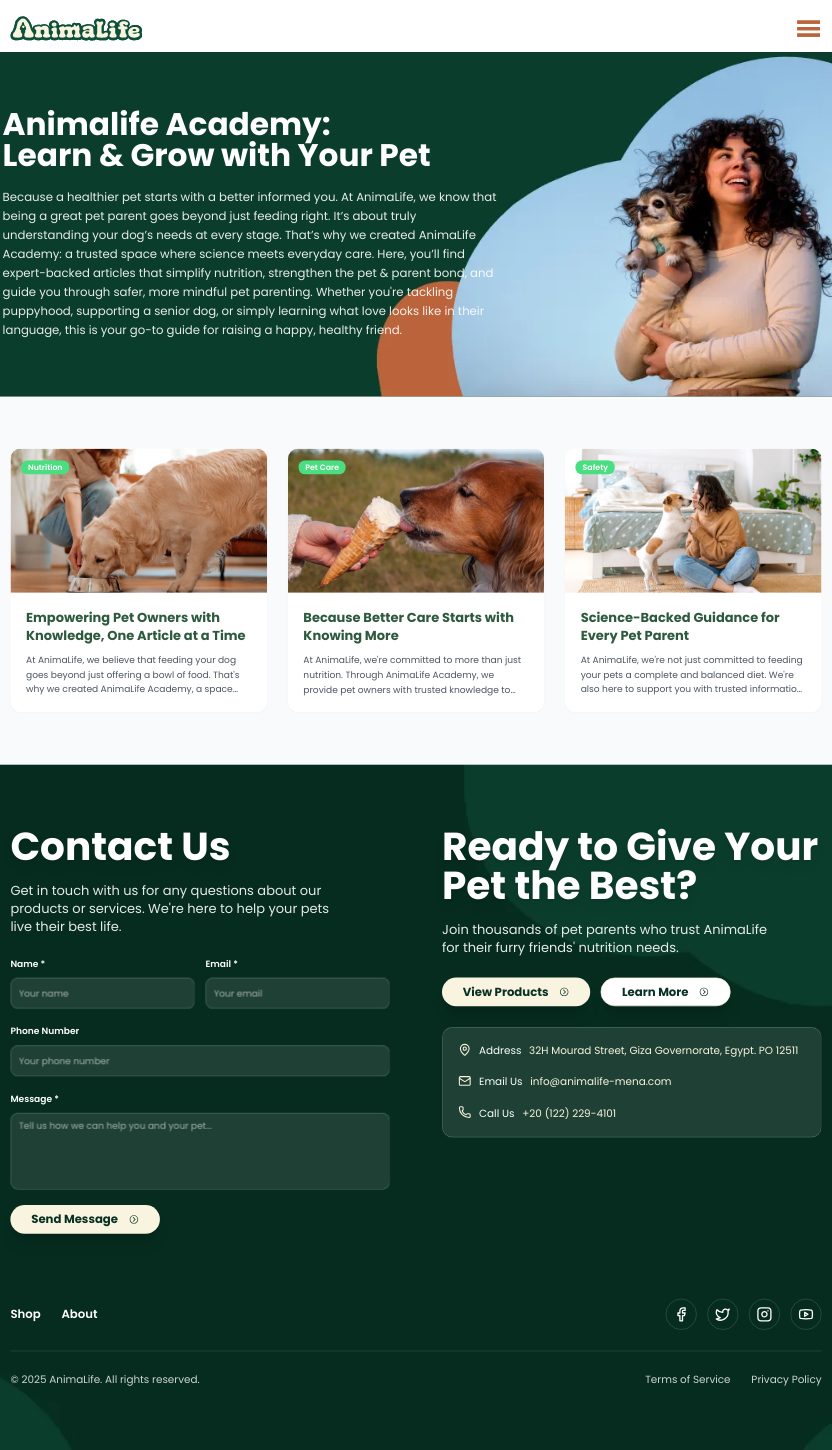
Repository: the-jupiteragency/animalife
Page: /academy
The author's editor kept a copy of each file at every save. The page is drawn from the files as they stood at one save, then again after the next save.
The browser window is 1280 px wide. The pictures show the whole page, at 65% of full size.
The project was rebuilt for these pictures with package versions that can differ from the ones it lists, and the page was loaded fresh each time. The framework's server and built-in components were replaced by stand-ins that run in the browser. Also part of the build but not shown: next.config.mjs.

Above is the page before, as saved 2025-08-05 09:36:05.

### app/layout.tsx
import type { Metadata, Viewport } from "next";
import "./globals.css";
import { Header } from "@/components/header";
import { Footer } from "@/components/footer";
import Script from "next/script";

export const metadata: Metadata = {
  metadataBase: new URL('https://animalife.vercel.app'),
  title: {
    default: "AnimaLife | Science-Driven Pet Nutrition & Wellness",
    template: "%s | AnimaLife"
  },
  description:
    "AnimaLife offers science-driven, complete, and balanced nutrition for pets. Discover products tailored to your pet's unique needs, expert advice, and a passionate community of animal lovers.",
  keywords: [
    "AnimaLife",
    "pet nutrition",
    "dog food",
    "cat food",
    "science-based pet care",
    "pet wellness",
    "healthy pets",
    "animal health",
    "pet products",
    "pet academy",
    "pet community",
    "premium pet food",
    "natural pet nutrition",
    "pet health supplements"
  ],
  authors: [{ name: "AnimaLife Team", url: "https://animalife.vercel.app" }],
  creator: "AnimaLife",
  publisher: "AnimaLife",
  formatDetection: {
    email: false,
    address: false,
    telephone: false,
  },
  category: 'Pet Care',
  classification: 'Pet Nutrition and Wellness',
  openGraph: {
    title: "AnimaLife | Science-Driven Pet Nutrition & Wellness",
    description:
      "AnimaLife offers science-driven, complete, and balanced nutrition for pets. Discover products tailored to your pet's unique needs, expert advice, and a passionate community of animal lovers.",
    url: "https://animalife.vercel.app",
    siteName: "AnimaLife",
    images: [
      {
        url: "/hero1.webp",
        width: 1200,
        height: 630,
        alt: "AnimaLife - Science-Driven Pet Nutrition",
      },
    ],
    locale: "en_US",
    type: "website",
  },
  twitter: {
    card: 'summary_large_image',
    title: 'AnimaLife | Science-Driven Pet Nutrition & Wellness',
    description: 'AnimaLife offers science-driven, complete, and balanced nutrition for pets. Discover products tailored to your pet\'s unique needs.',
    images: ['/hero1.webp'],
    creator: '@animalife',
    site: '@animalife'
  },
  robots: {
    index: true,
    follow: true,
    googleBot: {
      index: true,
      follow: true,
      'max-video-preview': -1,
      'max-image-preview': 'large',
      'max-snippet': -1,
    },
  },
  icons: {
    icon: [
      { url: '/favicon.ico' },
      { url: '/favicon.png', type: 'image/png' },
    ],
    shortcut: '/favicon.ico',
    apple: [
      { url: '/apple-touch-icon.png' },
      { url: '/apple-touch-icon-72x72.png', sizes: '72x72', type: 'image/png' },
      { url: '/apple-touch-icon-114x114.png', sizes: '114x114', type: 'image/png' },
    ],
  },
  manifest: '/site.webmanifest',
  alternates: {
    canonical: 'https://animalife.vercel.app',
  },
  verification: {
    google: 'your-google-verification-code',
    yandex: 'your-yandex-verification-code',
    yahoo: 'your-yahoo-verification-code',
  },
};

export const viewport: Viewport = {
  themeColor: "#1B4838",
};

const jsonLd = {
  '@context': 'https://schema.org',
  '@type': 'Organization',
  name: 'AnimaLife',
  url: 'https://animalife.vercel.app',
  logo: 'https://animalife.vercel.app/logo.svg',
  description: 'AnimaLife offers science-driven, complete, and balanced nutrition for pets.',
  contactPoint: {
    '@type': 'ContactPoint',
    contactType: 'Customer Service',
    availableLanguage: 'English'
  },
  sameAs: [
    'https://facebook.com/animalife',
    'https://twitter.com/animalife',
    'https://instagram.com/animalife'
  ],
  address: {
    '@type': 'PostalAddress',
    addressCountry: 'EG'
  }
};

export default function RootLayout({
  children,
}: Readonly<{
  children: React.ReactNode;
}>) {
  return (
    <html lang="en">
      <head>
        <link rel="preconnect" href="https://fonts.googleapis.com" />
        <link rel="preconnect" href="https://fonts.gstatic.com" crossOrigin="anonymous" />
        <link rel="dns-prefetch" href="https://fonts.googleapis.com" />
        <meta name="theme-color" content="#1B4838" />
        <meta name="msapplication-TileColor" content="#1B4838" />
        <meta name="apple-mobile-web-app-capable" content="yes" />
        <meta name="apple-mobile-web-app-status-bar-style" content="default" />
        <meta name="format-detection" content="telephone=no" />
        <Script
          id="json-ld"
          type="application/ld+json"
          dangerouslySetInnerHTML={{ __html: JSON.stringify(jsonLd) }}
        />
      </head>
      <body>
        <Header />
        {children}
        <Footer />
      </body>
    </html>
  );
}

### app/academy/page.tsx
"use client";

import { Card, CardContent } from "@/components/ui/card";
import { Badge } from "@/components/ui/badge";
import Image from "next/image";
import Link from "next/link";
import { Header } from "@/components/header";
import { AcademyPosts } from "@/app/data/academy-posts";

// Remove the hardcoded blogPosts array and use:
const blogPosts = AcademyPosts;

export default function AcademyPage() {
  return (
    <div className="min-h-screen bg-white">
      {/* Header */}
      <Header />
      {/* Add top padding to account for fixed header */}
      <div className="pt-20">
        {/* Hero Banner Section */}
        <section className="relative h-[530px] bg-[#2d5a3d] overflow-hidden">
          <div className="absolute inset-0">
            <Image
              src="/academy-banner.webp"
              alt="Academy Banner"
              fill
              className="object-cover w-full h-full"
              priority
            />
          </div>
          <div className="relative z-10 container mx-auto px-1 h-full flex items-center">
            <div className="max-w-3xl">
              <h1 className="text-4xl md:text-5xl font-bold text-white mb-6">
                Animalife Academy:
                <br />
                Learn & Grow with Your Pet
              </h1>
              <p className="text-lg text-white/90 leading-relaxed">
                Because a healthier pet starts with a better informed you. At
                AnimaLife, we know that being a great pet parent goes beyond
                just feeding right. It’s about truly understanding your dog’s
                needs at every stage. That’s why we created AnimaLife Academy: a
                trusted space where science meets everyday care. Here, you’ll
                find expert-backed articles that simplify nutrition, strengthen
                the pet & parent bond, and guide you through safer, more mindful
                pet parenting. Whether you're tackling puppyhood, supporting a
                senior dog, or simply learning what love looks like in their
                language, this is your go-to guide for raising a happy, healthy
                friend.
              </p>
            </div>
          </div>
        </section>

        {/* Blog Posts Grid */}
        <section className="py-12 md:py-20 bg-gray-50">
          <div className="container mx-auto px-4">
            <div className="grid grid-cols-1 md:grid-cols-2 lg:grid-cols-3 gap-6 md:gap-8">
              {blogPosts.map((post) => (
                <Link key={post.id} href={`/academy/${post.id}`}>
                  <Card className="cursor-pointer transform transition-all duration-300 hover:scale-105 hover:shadow-xl bg-white border-0 rounded-2xl overflow-hidden group">
                    <CardContent className="p-0">
                      <div className="aspect-video relative overflow-hidden">
                        <Image
                          src={post.image || "/placeholder.svg"}
                          alt={post.title}
                          fill
                          className="object-cover w-full h-full group-hover:scale-105 transition-all duration-500"
                          sizes="(max-width: 768px) 100vw, (max-width: 1200px) 50vw, 33vw"
                        />
                        <div className="absolute top-4 left-4">
                          <Badge className="bg-[#4ade80] text-white hover:bg-[#22c55e] group-hover:scale-110 transition-transform duration-300">
                            {post.category}
                          </Badge>
                        </div>
                      </div>

                      <div className="p-4 md:p-6">
                        <h3 className="text-lg md:text-xl font-bold text-[#2d5a3d] mb-3 line-clamp-2 group-hover:text-[#1e3a2a] transition-colors duration-300">
                          {post.title}
                        </h3>
                        <p className="text-gray-600 text-sm leading-relaxed line-clamp-3 group-hover:text-gray-700 transition-colors duration-300">
                          {post.excerpt}
                        </p>
                      </div>
                    </CardContent>
                  </Card>
                </Link>
              ))}
            </div>
          </div>
        </section>
      </div>{" "}
      {/* Close pt-20 div */}
    </div>
  );
}

### components/header.tsx
"use client";

import { useState, useEffect } from "react";
import { Menu, X } from "lucide-react";
import { GiHamburgerMenu } from "react-icons/gi";
import { IoMdCloseCircle } from "react-icons/io";
import { Button } from "@/components/ui/button";
import Link from "next/link";
import Image from "next/image";

export function Header() {
  const [isMenuOpen, setIsMenuOpen] = useState(false);
  const [scrolled, setScrolled] = useState(false);

  useEffect(() => {
    const handleScroll = () => {
      setScrolled(window.scrollY > 10);
    };
    window.addEventListener("scroll", handleScroll);
    return () => window.removeEventListener("scroll", handleScroll);
  }, []);

  return (
    <header
      className={`fixed top-0 left-0 right-0 z-50 transition-colors duration-300 ${
        scrolled ? "bg-[#0A3D2C]" : "bg-transparent"
      }`}
    >
      <div className="container mx-auto px-4 py-4 md:py-6 flex items-center justify-between font-mono font-normal text-base bg-transparent text-[rgba(249,244,223,1)] flex-row">
        <Link
          href="/"
          className="text-white text-xl md:text-2xl font-bold hover:text-green-200 transition-colors"
        >
          <Image
            src="/logo.svg"
            alt="AnimaLife"
            width={120}
            height={120}
            priority
            style={{ width: "auto", height: "auto" }}
          />
        </Link>

        <div
          className="transition-all duration-300 hover:scale-110"
          onClick={() => setIsMenuOpen(!isMenuOpen)}
        >
          {isMenuOpen ? (
            <IoMdCloseCircle
              className={`h-10 w-10 ${scrolled ? "text-white" : "text-[#1B4838]"}`}
            />
          ) : (
            <GiHamburgerMenu
              className={`h-10 w-10 ${scrolled ? "text-white" : "md:text-[#BA643B]"}`}
            />
          )}
        </div>
      </div>

      {/* Menu Overlay */}
      {isMenuOpen && (
        <div className="fixed inset-0 z-50 bg-[#2d5a3d]">
          <div className="absolute top-4 right-4">
            <div
              className="text-white transition-all duration-300 hover:scale-110"
              onClick={() => setIsMenuOpen(false)}
            >
              <IoMdCloseCircle className="h-12 w-12" />
            </div>
          </div>

          <div className="flex items-center justify-center min-h-screen">
            <nav className="text-center space-y-8 md:space-y-12">
              <Link
                href="/"
                className="block text-white text-xl md:text-2xl font-medium hover:text-green-200 transition-colors"
                onClick={() => setIsMenuOpen(false)}
              >
                Home
              </Link>
              <Link
                href="/products"
                className="block text-white text-xl md:text-2xl font-medium hover:text-green-200 transition-colors"
                onClick={() => setIsMenuOpen(false)}
              >
                Our Products
              </Link>
              <Link
                href="/about"
                className="block text-white text-xl md:text-2xl font-medium hover:text-green-200 transition-colors"
                onClick={() => setIsMenuOpen(false)}
              >
                Discover AnimaLife
              </Link>
              <Link
                href="/academy"
                className="block text-white text-xl md:text-2xl font-medium hover:text-green-200 transition-colors"
                onClick={() => setIsMenuOpen(false)}
              >
                AnimaLife Academy
              </Link>
            </nav>
          </div>
        </div>
      )}
    </header>
  );
}

### components/ui/card.tsx
import * as React from "react"

import { cn } from "@/lib/utils"

const Card = React.forwardRef<
  HTMLDivElement,
  React.HTMLAttributes<HTMLDivElement>
>(({ className, ...props }, ref) => (
  <div
    ref={ref}
    className={cn(
      "rounded-lg border bg-card text-card-foreground shadow-sm",
      className
    )}
    {...props}
  />
))
Card.displayName = "Card"

const CardHeader = React.forwardRef<
  HTMLDivElement,
  React.HTMLAttributes<HTMLDivElement>
>(({ className, ...props }, ref) => (
  <div
    ref={ref}
    className={cn("flex flex-col space-y-1.5 p-6", className)}
    {...props}
  />
))
CardHeader.displayName = "CardHeader"

const CardTitle = React.forwardRef<
  HTMLDivElement,
  React.HTMLAttributes<HTMLDivElement>
>(({ className, ...props }, ref) => (
  <div
    ref={ref}
    className={cn(
      "text-2xl font-semibold leading-none tracking-tight",
      className
    )}
    {...props}
  />
))
CardTitle.displayName = "CardTitle"

const CardDescription = React.forwardRef<
  HTMLDivElement,
  React.HTMLAttributes<HTMLDivElement>
>(({ className, ...props }, ref) => (
  <div
    ref={ref}
    className={cn("text-sm text-muted-foreground", className)}
    {...props}
  />
))
CardDescription.displayName = "CardDescription"

const CardContent = React.forwardRef<
  HTMLDivElement,
  React.HTMLAttributes<HTMLDivElement>
>(({ className, ...props }, ref) => (
  <div ref={ref} className={cn("p-6 pt-0", className)} {...props} />
))
CardContent.displayName = "CardContent"

const CardFooter = React.forwardRef<
  HTMLDivElement,
  React.HTMLAttributes<HTMLDivElement>
>(({ className, ...props }, ref) => (
  <div
    ref={ref}
    className={cn("flex items-center p-6 pt-0", className)}
    {...props}
  />
))
CardFooter.displayName = "CardFooter"

export { Card, CardHeader, CardFooter, CardTitle, CardDescription, CardContent }

### components/ui/badge.tsx
import * as React from "react"
import { cva, type VariantProps } from "class-variance-authority"

import { cn } from "@/lib/utils"

const badgeVariants = cva(
  "inline-flex items-center rounded-full border px-2.5 py-0.5 text-xs font-semibold transition-colors focus:outline-none focus:ring-2 focus:ring-ring focus:ring-offset-2",
  {
    variants: {
      variant: {
        default:
          "border-transparent bg-primary text-primary-foreground hover:bg-primary/80",
        secondary:
          "border-transparent bg-secondary text-secondary-foreground hover:bg-secondary/80",
        destructive:
          "border-transparent bg-destructive text-destructive-foreground hover:bg-destructive/80",
        outline: "text-foreground",
      },
    },
    defaultVariants: {
      variant: "default",
    },
  }
)

export interface BadgeProps
  extends React.HTMLAttributes<HTMLDivElement>,
    VariantProps<typeof badgeVariants> {}

function Badge({ className, variant, ...props }: BadgeProps) {
  return (
    <div className={cn(badgeVariants({ variant }), className)} {...props} />
  )
}

export { Badge, badgeVariants }

### components/ui/button.tsx
import * as React from "react";
import { Slot } from "@radix-ui/react-slot";
import { cva, type VariantProps } from "class-variance-authority";

import { cn } from "@/lib/utils";

const buttonVariants = cva(
  "inline-flex items-center justify-center gap-2 whitespace-nowrap rounded-md text-sm font-medium ring-offset-background transition-colors focus-visible:outline-none focus-visible:ring-2 focus-visible:ring-ring focus-visible:ring-offset-2 disabled:pointer-events-none disabled:opacity-50 [&_svg]:pointer-events-none [&_svg]:size-4 [&_svg]:shrink-0",
  {
    variants: {
      variant: {
        default: "bg-primary text-primary-foreground hover:bg-primary/90",
        destructive:
          "bg-destructive text-destructive-foreground hover:bg-destructive/90",
        outline:
          "border border-input bg-background hover:bg-accent hover:text-accent-foreground",
        secondary:
          "bg-secondary text-secondary-foreground hover:bg-secondary/80",
        ghost: "hover:bg-accent hover:text-accent-foreground",
        link: "text-primary underline-offset-4 hover:underline",
        icon: "bg-transparent",
        hover:
          "bg-[#F9F4DF] text-[#0A3024] hover:bg-[#A7552E] hover:text-white",
      },
      size: {
        default: "h-10 px-4 py-2",
        sm: "h-9 rounded-md px-3",
        lg: "h-11 rounded-md px-8",
        icon: "h-10 w-10",
      },
    },
    defaultVariants: {
      variant: "default",
      size: "default",
    },
  }
);

export interface ButtonProps
  extends React.ButtonHTMLAttributes<HTMLButtonElement>,
    VariantProps<typeof buttonVariants> {
  asChild?: boolean;
}

const Button = React.forwardRef<HTMLButtonElement, ButtonProps>(
  ({ className, variant, size, asChild = false, ...props }, ref) => {
    const Comp = asChild ? Slot : "button";
    return (
      <Comp
        className={cn(buttonVariants({ variant, size, className }))}
        ref={ref}
        {...props}
      />
    );
  }
);
Button.displayName = "Button";

export { Button, buttonVariants };

### components/ui/input.tsx
import * as React from "react"

import { cn } from "@/lib/utils"

const Input = React.forwardRef<HTMLInputElement, React.ComponentProps<"input">>(
  ({ className, type, ...props }, ref) => {
    return (
      <input
        type={type}
        className={cn(
          "flex h-10 w-full rounded-md border border-input bg-background px-3 py-2 text-base ring-offset-background file:border-0 file:bg-transparent file:text-sm file:font-medium file:text-foreground placeholder:text-muted-foreground focus-visible:outline-none focus-visible:ring-2 focus-visible:ring-ring focus-visible:ring-offset-2 disabled:cursor-not-allowed disabled:opacity-50 md:text-sm",
          className
        )}
        ref={ref}
        {...props}
      />
    )
  }
)
Input.displayName = "Input"

export { Input }

### tailwind.config.ts
import type { Config } from "tailwindcss";

const config: Config = {
  darkMode: ["class"],
  content: [
    "./pages/**/*.{js,ts,jsx,tsx,mdx}",
    "./components/**/*.{js,ts,jsx,tsx,mdx}",
    "./app/**/*.{js,ts,jsx,tsx,mdx}",
    "*.{js,ts,jsx,tsx,mdx}",
  ],
  theme: {
    extend: {
      colors: {
        background: "hsl(var(--background))",
        foreground: "hsl(var(--foreground))",
        card: {
          DEFAULT: "hsl(var(--card))",
          foreground: "hsl(var(--card-foreground))",
        },
        popover: {
          DEFAULT: "hsl(var(--popover))",
          foreground: "hsl(var(--popover-foreground))",
        },
        primary: {
          DEFAULT: "hsl(var(--primary))",
          foreground: "hsl(var(--primary-foreground))",
        },
        secondary: {
          DEFAULT: "hsl(var(--secondary))",
          foreground: "hsl(var(--secondary-foreground))",
        },
        muted: {
          DEFAULT: "hsl(var(--muted))",
          foreground: "hsl(var(--muted-foreground))",
        },
        accent: {
          DEFAULT: "hsl(var(--accent))",
          foreground: "hsl(var(--accent-foreground))",
        },
        destructive: {
          DEFAULT: "hsl(var(--destructive))",
          foreground: "hsl(var(--destructive-foreground))",
        },
        border: "hsl(var(--border))",
        input: "hsl(var(--input))",
        ring: "hsl(var(--ring))",
        chart: {
          "1": "hsl(var(--chart-1))",
          "2": "hsl(var(--chart-2))",
          "3": "hsl(var(--chart-3))",
          "4": "hsl(var(--chart-4))",
          "5": "hsl(var(--chart-5))",
        },
        sidebar: {
          DEFAULT: "hsl(var(--sidebar-background))",
          foreground: "hsl(var(--sidebar-foreground))",
          primary: "hsl(var(--sidebar-primary))",
          "primary-foreground": "hsl(var(--sidebar-primary-foreground))",
          accent: "hsl(var(--sidebar-accent))",
          "accent-foreground": "hsl(var(--sidebar-accent-foreground))",
          border: "hsl(var(--sidebar-border))",
          ring: "hsl(var(--sidebar-ring))",
        },
      },
      borderRadius: {
        lg: "var(--radius)",
        md: "calc(var(--radius) - 2px)",
        sm: "calc(var(--radius) - 4px)",
      },
      fontFamily: {
        sans: [
          'Poppins',
          '-apple-system',
          'BlinkMacSystemFont',
          'Segoe UI',
          'Roboto',
          'Oxygen',
          'Ubuntu',
          'Cantarell',
          'Fira Sans',
          'Droid Sans',
          'Helvetica Neue',
          'sans-serif'
        ],
        headline: [
          'Co Headline',
          'Poppins',
          '-apple-system',
          'BlinkMacSystemFont',
          'Segoe UI',
          'sans-serif'
        ],
      },
      keyframes: {
        "accordion-down": {
          from: {
            height: "0",
          },
          to: {
            height: "var(--radix-accordion-content-height)",
          },
        },
        "accordion-up": {
          from: {
            height: "var(--radix-accordion-content-height)",
          },
          to: {
            height: "0",
          },
        },
      },
      animation: {
        "accordion-down": "accordion-down 0.2s ease-out",
        "accordion-up": "accordion-up 0.2s ease-out",
      },
    },
  },
  plugins: [require("tailwindcss-animate")],
};
export default config;

Loaded but not shown: components/ui/textarea.tsx (common file); lib/utils.ts (common file); components/footer.tsx (439 lines, source omitted); app/data/academy-posts.ts (242 lines, source omitted); app/globals.css (185 lines, source omitted)

After the next save:
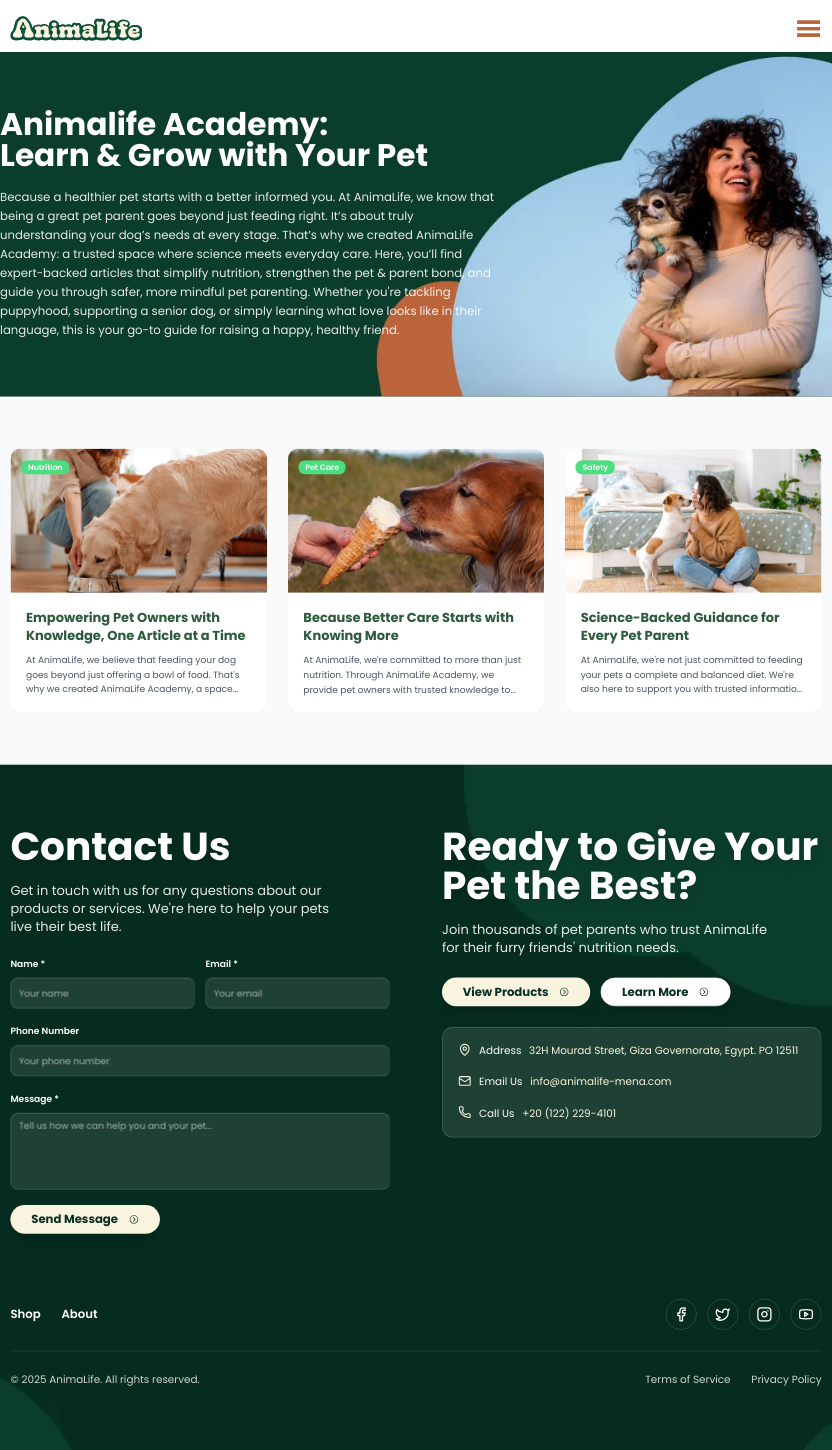
Saved 4 s later.
--- a/app/academy/page.tsx
+++ b/app/academy/page.tsx
@@ -28,7 +28,7 @@
               priority
             />
           </div>
-          <div className="relative z-10 container mx-auto px-1 h-full flex items-center">
+          <div className="relative z-10 container mx-auto  h-full flex items-center">
             <div className="max-w-3xl">
               <h1 className="text-4xl md:text-5xl font-bold text-white mb-6">
                 Animalife Academy:
